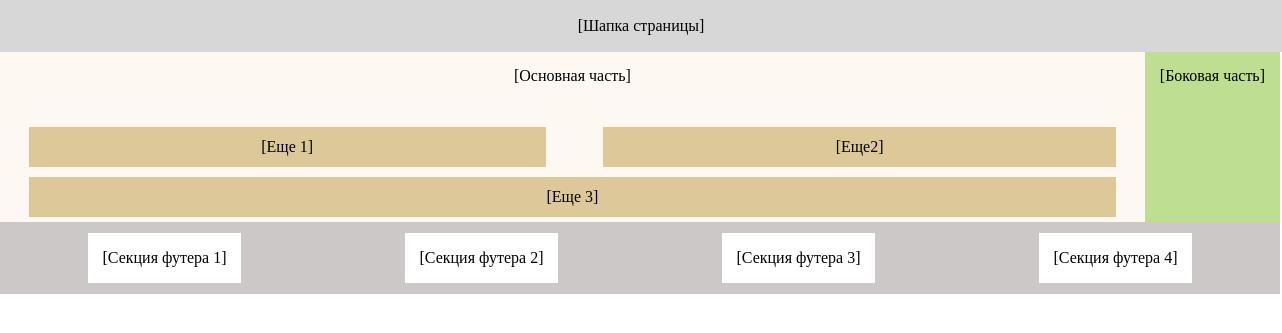
Repository: VictoriSyh/week7
Page: index.html
The author's editor kept a copy of each file at every save. The page is drawn from the files as they stood at one save, then again after the next save.
The browser window is 1280 px wide. The page is 1282 px wide, so the pictures cover 1282 px, including what lies to the right of the window. The pictures show the whole page.

Above is the page before, as saved 2025-01-02 17:38:45.

### index.html
<!DOCTYPE html>
<html lang="ru">
<head>
    <link rel="stylesheet" href="/styles/normalize.css">
    <link rel="stylesheet" href="/styles/style.css">
    <meta charset="UTF-8">
    <meta name="viewport" content="width=device-width, initial-scale=1.0">
    <link rel="shortcut icon" href="https://www.svgrepo.com/show/529024/home-wifi-angle.svg"
    type="image/svg">
    <title>Домашняя работа</title>
</head>
<body>
<header>
    [Шапка страницы]
</header>
    <main>
<div class="mainpart">
    <div class="left">
    <div class="block">[Основная часть]</div>
    <div class="one">[Еще 1]</div>
    <div class="two">[Еще2]</div>
    <div class="three">[Еще 3]</div>
</div>
<div class="right_block">
    <div class="text">[Боковая часть]</div>
</div>
</div>

</main>
    <footer>
        <div class="section">[Секция футера 1]</div>
        <div class="section">[Секция футера 2]</div>
        <div class="section">[Секция футера 3]</div>
        <div class="section">[Секция футера 4]</div>
    </footer>
</body>
</html

### styles/style.css
header{
    display: grid;
    align-items: center;
    justify-items: center;
    border: 1px solid rgb(215, 215, 215);
    background-color: rgb(215, 215, 215);
    height: 50px;
    width: 100%;
}
main{
    display: grid;
    width: 100%;
}

.mainpart{
    display: grid;
    grid-template-columns: repeat(auto-fit, minmax(500px, 1fr))

}

.left{
    display: grid;
    grid-template-rows: 70px 50px 50px;
    grid-column:1/3;
    background-color:rgb(253, 249, 242)
}

.block{
    display: grid;
    grid-row: 1/2;
    grid-column:1/3;
    margin: 15px;
    text-align: center;
}

.right_block{
    grid-row: 1/2;
    grid-column:3/4;
    background-color: rgb(190, 222, 145);
    text-align: center;
}

.text{
    margin: 15px;
}

.three{
    display: grid;
    grid-row: 3/4;
    grid-column:1/3;
    place-items: center;
    margin: auto;
    background-color: rgb(220, 200, 153);
    width: 95%;
    height: 80%;
}

.one{
    display: grid;
    grid-row: 2/3;
    grid-column:1/2;
    place-items: center;
    margin: auto;
    background-color: rgb(220, 200, 153);
    width: 90%;
    height: 80%;
}

.two{
    display: grid;
    grid-row: 2/3;
    grid-column:2/3;
    place-items: center;
    margin: auto;
    background-color: rgb(220, 200, 153);
    width: 90%;
    height: 80%;
}

footer{
    display: grid;
    grid-template-columns: repeat(auto-fit, minmax(200px, 1fr));
    gap: 10px;
    padding: 10px;
    justify-items: center;
    align-items: center;
    border: 1px solid rgb(204, 200, 200);
    background-color: rgb(204, 200, 200);
}
.section{
    display: grid;
    background-color: white;
    width: 50%;
    height: 50px;
    place-items: center;
}

Loaded but not shown: styles/normalize.css (library)

After the next save:
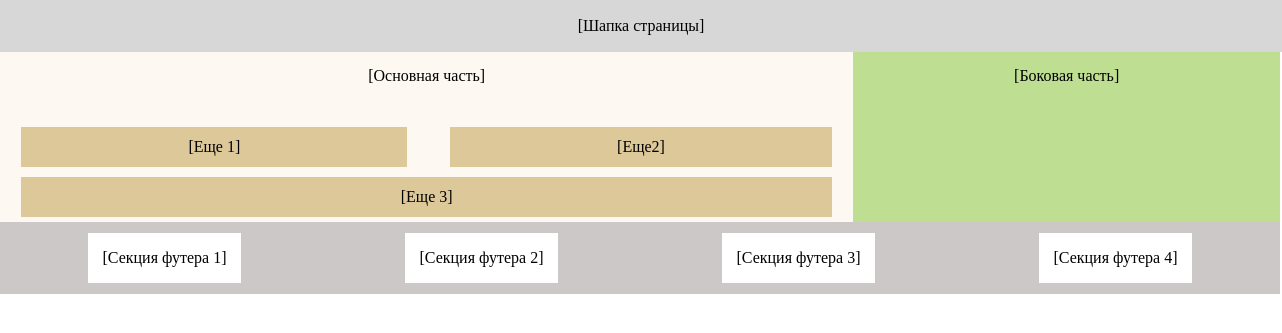
Saved 8 s later.
--- a/styles/style.css
+++ b/styles/style.css
@@ -14,7 +14,7 @@ main{
 
 .mainpart{
     display: grid;
-    grid-template-columns: repeat(auto-fit, minmax(500px, 1fr))
+    grid-template-columns: repeat(auto-fit, minmax(300px, 1fr))
 
 }
 
